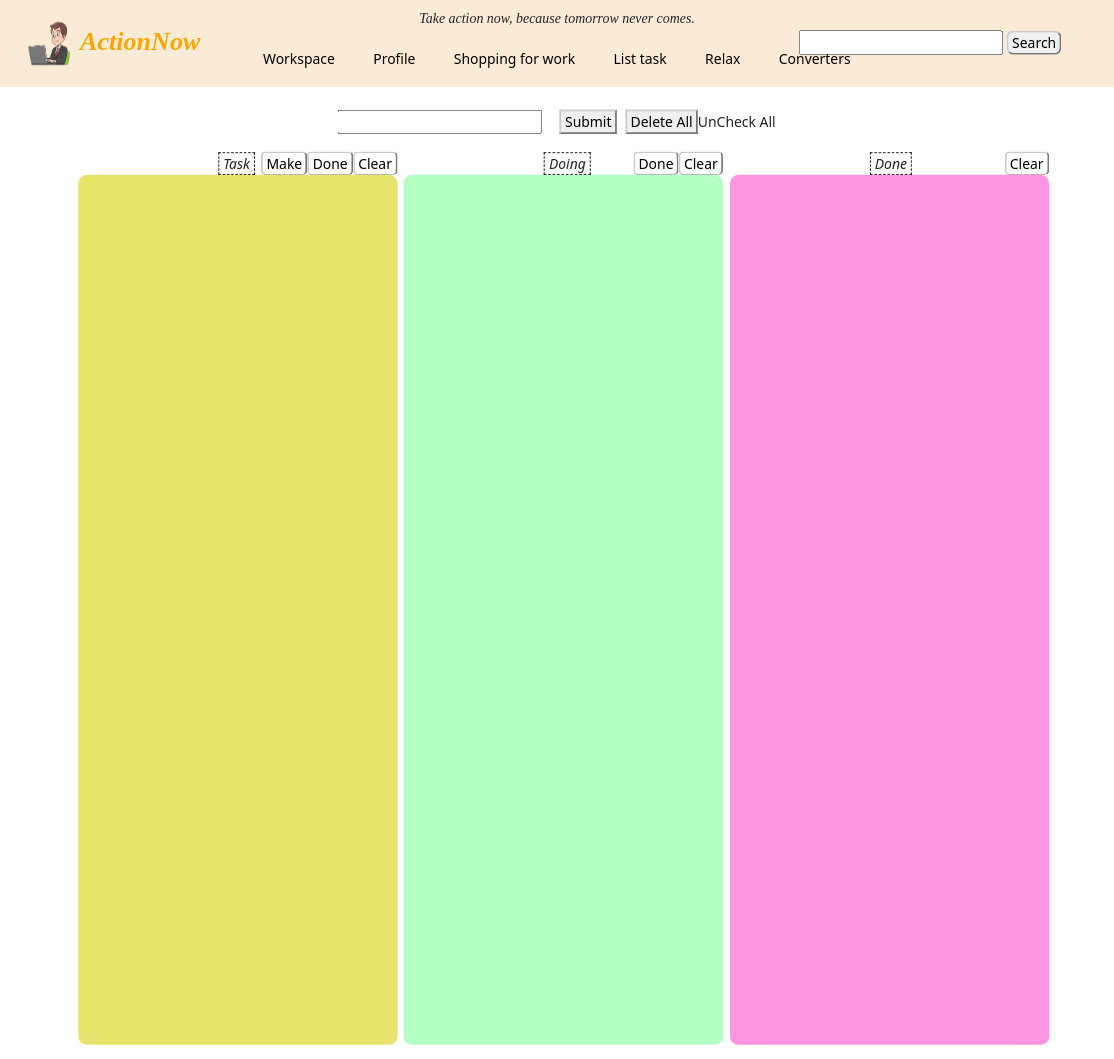
Repository: huavantinh/todo
Page: index.html
An editor plug-in stored every save of this project. The page is shown before and after the next save, followed by the edit.
The browser window is 1280 px wide. The pictures show the whole page, at 87% of full size.

Above is the page before, as saved 2023-04-18 11:13:26.

### index.html
<!DOCTYPE html>
<html lang="en">

<head>
  <meta charset="UTF-8" />
  <meta http-equiv="X-UA-Compatible" content="IE=edge" />
  <meta name="viewport" content="width=device-width, initial-scale=1.0" />
  <title>Document</title>
  <link rel="stylesheet" href="./css/style.css" />
  <link rel="stylesheet" href="https://cdn.jsdelivr.net/npm/bootstrap@5.2.3/dist/css/bootstrap.min.css"
    integrity="sha384-rbsA2VBKQhggwzxH7pPCaAqO46MgnOM80zW1RWuH61DGLwZJEdK2Kadq2F9CUG65" crossorigin="anonymous" />
</head>

<body>
  <nav class="nav-bar navbar navbar-default">
    <div class="container-fluid">
      <div class="brand">
        <!-- line1top -->
        <img src="./css/img/logo-brand.png" alt="Brand" />
        <i id="i1">ActionNow</i>
        <i id="i2">Take action now, because tomorrow never comes.</i>
        <!-- search  -->
        <div class="search-box">
          <input type="text" />
          <button>Search</button>
        </div>
      </div>
      <!-- menu  -->
      <div class="nav-menu">
        <div class="list-menu">
          <a href="">Workspace</a>
          <a href="">Profile</a>
          <a href="">Shopping for work</a>
          <a href="">List task</a>
          <a href="">Relax</a>
          <a href="">Converters</a>
        </div>
      </div>
    </div>
  </nav>
  <div>

    <div class="container">
      <div class="add">
        <div class="box-add">
          <div class="input-box">
            <input id="input-sub" type="text" />
            <span style="
                  color: #656966;
                  font-size: 10px;
                  position: absolute;
                  bottom: 0;
                  right: 0;
                " class="message" id="new-task-message">Please enter new task!</span>
          </div>

          <button class="submit-bt" id="button-submit" onclick="submit()">Submit</button>
          <button  class="deleteall" id="delete" onclick="deleteAll()">Delete All</button>
          <!-- <button class="checkall" id="checkall" onclick="checkAll(this)">Check All</button> -->
          <!-- <button class="uncheckall" id="uncheckall" onclick="unCheckAll(this)"> -->
            UnCheck All
          </button>
        </div>
      </div>
      <div class="table">
        <div class="tasklist col-list">
          <div class="linetitle linetasktitle">
            <i class="title" id="i1"> Task </i>
          <button id="makeall">Make</button>
          <button id="doneall">Done</button>
          <button id="cleardone">Clear</button>
          </div>
          <div id="products" class="col-item col-1"></div>
        </div>

        <div class="doinglist col-list">
          <div class="linetitle linedoingtitle">
            <i class="title" id="i2">Doing</i>
          <button id="doneall">Done</button>
          <button id="cleardone">Clear</button>
          </div>

          <div id="idoing" class="col-item col-2"></div>
        </div>

        <div class="donelist col-list">
          <div class="linetitle linedonetitle">
            <i class="title" id="i3">Done</i>
          <button id="cleardone">Clear</button>
          </div>
          <div id="idone" class="col-item col-3"></div>
        </div>

      </div>
    </div>
  </div>
  </div>

  <script src="https://code.jquery.com/jquery-3.6.4.min.js"
    integrity="sha256-oP6HI9z1XaZNBrJURtCoUT5SUnxFr8s3BzRl+cbzUq8=" crossorigin="anonymous"></script>
  <script type="text/javascript" src="https://cdn.jsdelivr.net/npm/bootstrap@5.2.3/dist/js/bootstrap.min.js"></script>
  <script src="./app.js"></script>
</body>

</html>

### css/style.css
    /* resetcss */
    *{
        padding: 0;
        margin: 0;
    }

    button {
        border-radius: 5px;
        border-color: #cccaca;
        padding: 0 4px;
    }

    /* Nav */
    .container-fluid{
        position: fixed;
        top: 0;
        left: 0;
        right: 0;
        z-index: 99999;
        background-color: antiquewhite;
    }


    .brand{
        /* position: relative; */
        display: flex;
        width: 100%;
        height: 50px;
    }
    .nav-menu{
        display: flex;
        justify-content: center;
        width: 100%;
        height: 50px;
        border-radius: 10px;
    }
    .nav-menu .list-menu{
        position: absolute;
        justify-content: center;
        align-items: center;
        margin-top: 5px;
    }
    .nav-menu .list-menu a{
        color: black;
        text-decoration: none;
        font-family: inherit;
        font-weight: 450;
        margin: 0 20px;
    }

    .brand {
        display: flex;
        /* justify-content: center; */
    }
    .brand .search-box{
        position: absolute;
        right: 60px;
        top: 35px;
        /* justify-content: center;
        align-items: center;
        position: absolute;
        right: 0;

        display: flex;
        border: none; */
        /* cursor: pointer; */
    }

    .search-box button {
        border-radius: 8px;

        /* right: 10px; */
    }

    .search-box button:hover {
        background-color:orange;;
        border-radius: 8px;
    }
    .brand img {
        position: relative;
        left: 20px;
        position: relative;
        top: 50%;
        width: 50px;
        height: 50px;
        border-color: orange;
    }
    .brand #i1{
        position: relative;
        left: 20px;
        top: 30%;
        margin: 10px;
        float: left;
        width: 390px;
        max-width: 400px;
        font-size: 30px;
        color: orange;
        font-family: cursive;
        font-weight: 700;
    }

    .brand #i2{
        justify-content: center;
        align-items: center;
        margin: 10px;
        width: 390px;
        max-width: 400px;
        font-family: cursive;
        font-weight: 500;
    }

    body{
        /* position: relative; */
        background-color: #3b3b3b;

        padding-top: 90px;
    }

    .add {
        display: flex;
        justify-content: center;
        align-items: center;
        margin-top: 20px;
        position: relative;

    }

    .box-add {
        display: flex;
        align-items: center;
    }

    .box-add .input-box {
        margin-right: 10px;
    }

    .box-add button {
        margin-left: 10px;
    }

    /* .box-add .input-box .submit-bt {
        position: absolute;
        right: 200px;
    } */


    button#button-submit {
        right: 410px;
    }

    button#checkall {
        right: 335px;
    }
    button#uncheckall {
        right: 240px;
    }
    button#delete {
        right: 163px;
    }

    .message
    {
        display: none;
    }
    .error-message {
        display: inline;;
    }


    /* Task Table  */
    .table {
        display: flex;
        width: 100%;
        position: relative;
    }

    .table .col-list {
        width: 100% / 3;
        margin-top: 20px;
        position: relative;
    }

    .table .linetitle {
        display: flex;
    }

    .table .linetitle .title{
        margin-left: 45%;
    }
    .table button {
        border-radius: 5px;
        border-color: #cccaca;
        padding: 0 4px;
    }
    .table .linetitle button {
        border-radius: 5px;
        border-color: #cccaca;
        padding: 0 4px;
    }


    .table .col-item {
        /* display: flex; */
        float: left;
        width: calc(1116px / 3 - 5px );
        height: 1000px;
        justify-content: center;
        background-color: rgb(231, 227, 108);
        border-radius: 10px;
        margin-left: 7.5px;
    }

    .table .col-2 {
        background-color: rgb(180, 255, 195);
    }

    .table .col-3 {
        background-color: rgb(255, 148, 225);
    }


    .table .col-list i {
        display: block;
        text-align: center;
        margin-bottom: 10px;
        max-width: fit-content;
        margin: auto;
        border: 1.2px dashed black;
        padding: 0 5px;
    }

    .tasklist .col-item {
        float: left;
        border-radius: 10px;
        width: calc(1116px / 3 - 5px );
        justify-content: center;
        display: block;
    }



    .product1 {
        margin-left: 10px;
        border-bottom: 1px solid #636363 ;
        /* height: 30px;  */
        align-items: center;
        display: flex;
        /* flex: auto; */
        /* flex-wrap:wrap; */
    }
    .taskname{
        text-overflow: clip;
        display: block;
        width: 70%;
    }

    .checkbox {
        margin: 0 5px;
        color: aquamarine;
        right: 10px;
        top: 8px;
    }


    .checkbox-item button {
        right: 5px;

    }

    .product1 .delete-item {
        right: 5px;
    }

### app.js
let todos =
  localStorage.length > 0
    ? JSON.parse(localStorage.getItem("todolist"))
    : [];

let idoingsave =
  localStorage.length > 0
    ? JSON.parse(localStorage.getItem("idoinglist"))
    : [];

let idonesave =
  localStorage.length > 0
    ? JSON.parse(localStorage.getItem("idonelist"))
    : [];

function submit() {
  let textBox = document.getElementById("input-sub");
  let content = textBox.value;
  let randId = Math.random();
  document.getElementById("new-task-message").classList.add("error-message");
  if (content == "") {
    onkeydown = function () {
      document
        .getElementById("new-task-message")
        .classList.remove("error-message");
    };
    return;
  } else {
    addContent(content, randId);
    textBox.value = "";

    todos.push(content);
    setstorages();
  }
}

function setstorages() {
  localStorage.length > 0 && localStorage.setItem("todolist", JSON.stringify(todos));
}
function setstorages2() {
  localStorage.length > 0 && localStorage.setItem("idoinglist", JSON.stringify(idoingsave));
}
function setstorages3() {
  localStorage.length > 0 && localStorage.setItem("idonelist", JSON.stringify(idonesave));
}

function addContent(content, randId) {
  document.getElementById("new-task-message").classList.remove("error-message");

  $("#products").append(
    '<div style="color: black" class="producttask product1" id="row' +
      randId +
      '">' +
      '<div class="taskname">' +
      content +
      "</div>" +
      '<div><button class="make" onclick="makedoing(event)"> Make </button></div>' +
      '<div class="checkbox-item"><input id="' +
      '"  class="checkbox" type="checkbox"  onclick="checkItem(event)"/></div> <button class"delete-item" onclick="deleteItem(event)">Delete</button>' +
      "</div>"
  );
}
function addContent2(content, randId) {
  document.getElementById("new-task-message").classList.remove("error-message");

  $("#idoing").append(
    '<div style="color: black" class=" productdoing product1" id="row' +
      randId +
      '">' +
      '<div class="taskname">' +
      content +
      "</div>" +
      '<div class="checkbox-item"><input class="checkbox" type="checkbox"  onclick="checkidoing(event)"/></div> <button class"delete-item" onclick="deleteItemdoing(event)">Delete</button>' +
      "</div>"
  );
}
function addContent3(content, randId) {
  document.getElementById("new-task-message").classList.remove("error-message");

  $("#idone").append(
    '<div style="color: black" class="productdone product1" id="row' +
      randId +
      '">' +
      '<div class="taskname">' +
      content +
      "</div>" +
       '<button class= "  delete-item" onclick="deleteItemdone(event)">Delete</button>' +
      "</div>"
  );
}

function deleteAll() {
  var products = document.getElementById("products");
  products.innerHTML = "";
}
function checkAll() {
  var checkboxes = document.getElementsByClassName("checkbox");
  for (var checkbox of checkboxes) {
    checkbox.checked = true;
    checkbox.closest("div").parentNode.style.color = "red";
  }
}
function unCheckAll() {
  var checkboxes = document.getElementsByClassName("checkbox");
  for (var checkbox of checkboxes) {
    checkbox.checked = false;
    checkbox.closest("div").parentNode.style.color = "orange";
  }
}
var textBox2 = document.getElementById("input-sub");
textBox2.addEventListener("keyup", function (event) {
  if (event.keyCode === 13) {
    submit();
  }
});

function deleteItem(event) {
  var products = document.getElementById("products");
  var arraypro = document.getElementsByClassName("producttask");
  var div = event.currentTarget.parentNode;
  let index1 = Array.prototype.indexOf.call(arraypro, div);
  // let index2 = Array.prototype.indexOf.call(todos2, index1);  ////////check lại function này. không lọc ra được index trong todos
  // console.log(index2)
  todos.splice(index1, 1);  // dùng luôn index 1 . vì 2 array giống, index nó giống nhau
  products.removeChild(div);
  setstorages();
}
function deleteItemdoing(event) {
  var doings = document.getElementById("idoing");
  var arraypro = document.getElementsByClassName("productdoing"); //// cần phân biệt 3 cột, tìm arraypro của cột 2
  var div = event.currentTarget.parentNode;
  let index1 = Array.prototype.indexOf.call(arraypro, div);
  // let index2 = Array.prototype.indexOf.call(idoingsave, index1);
  idoingsave.splice(index1, 1);
  doings.removeChild(div);
  setstorages2();
}
function deleteItemdone(event) {
  // debugger
  var dones = document.getElementById("idone");
  var arraypro = document.getElementsByClassName("productdone"); //// cần phân biệt 3 cột, tìm arraypro của cột 3
  var div = event.currentTarget.parentNode;
  let index1 = Array.prototype.indexOf.call(arraypro, div);
  // let index2 = Array.prototype.indexOf.call(idonesave, index1);
  dones.removeChild(div);
  idonesave.splice(index1, 1);

  setstorages3();
}

function checkItem(event) {
  var currenti = event.currentTarget;
  var color = currenti.checked ? "red" : "orange";
  currenti.closest("div").parentNode.style.color = color;
  let div = event.currentTarget.parentNode;
  let div2 = event.currentTarget.parentNode.parentNode;
  // insert to done list
  let content = div2.firstChild.textContent;
  // debugger
  idonesave.push(content);
  let indextext = Array.prototype.indexOf.call(todos, content);
  todos.splice(indextext, 1);
  let randId = Math.random();
  $("#idone").append(
    '<div style="color: black" class="product1 productdone" id="row' +
      randId +
      '">' +
      '<div class="taskname">' +
      content +
      '</div> <button class"delete-item" onclick="deleteItemdone(event)">Delete</button>' +
      "</div>"
  );

  let products = document.getElementById("products");
  products.removeChild(div2);
  setstorages();
  setstorages3();

}

document.addEventListener("DOMContentLoaded", function () {
  // debugger
  if (Array.isArray && todos.length > 0) {
    todos.forEach(function printlocal(content, index) {
      addContent(content, index);
    });
  }
  if (Array.isArray && idoingsave.length > 0) {
    idoingsave.forEach(function printlocal2(content, index) {
      addContent2(content, index);
    });
  }
  if (Array.isArray && idonesave.length > 0) {
      idonesave.forEach(function printlocal3(content, index) {
        addContent3(content, index);
      });
    }
  }
);

// moveitem to done
function makedoing(event) {
  let itemcurrent = event.currentTarget.parentNode.parentNode;
  let listitem = document.getElementsByClassName(" producttask");
  //change object to array
  let listarray = Array.from(listitem);
  //Lấy index của item trong list
  let indexpro = Array.prototype.indexOf.call(listarray, itemcurrent);

  listarray.splice(indexpro, 1);

  let content = itemcurrent.firstChild.textContent;
  let randId = Math.random();
  $("#idoing").append(
    ' <div style="color: black" class="productdoing product1" id="row' +
      randId +
      '">' +
      '<div class="taskname">' +
      content +
      ' </div> <div class="checkbox-item"><input id="' +
      '"  class="checkbox" type="checkbox"   onclick="checkidoing(event)" /></div>' +
      '<button class"delete-item" onclick="deleteItemdoing(event)">Delete</button>' +
      "</div>"
  );
  // debugger

  let products = document.getElementById("products");
  products.removeChild(itemcurrent);
  idoingsave.push(content);

  let indextext = Array.prototype.indexOf.call(todos, content);
  todos.splice(indextext, 1);
  setstorages();

  setstorages2();
}

function checkidoing(event) {
  var currenti = event.currentTarget;
  var color = currenti.checked ? "red" : "orange";
  currenti.closest("div").parentNode.style.color = color;
  let div = event.currentTarget.parentNode;
  let div2 = event.currentTarget.parentNode.parentNode;
  //move colum
  let productdoing = document.getElementsByClassName("productdoing");
  let produclistj = Array.from(productdoing);
  let index1 = Array.prototype.indexOf.call(produclistj, div2);
  produclistj.splice(index1, 1);
// debugger
  let content = div2.firstChild.textContent;
  let randId = Math.random();
  $("#idone").append(
    '<div style="color: black" class="productdone product1" id="row' +
      randId +
      '">' +
      '<div class="taskname">' +
      content +
      '</div> <button class"delete-item" onclick="deleteItemdone(event)">Delete</button>' +
      "</div>"
  );

  idonesave.push(content);
  let idoing = document.getElementById("idoing");
  idoing.removeChild(div2);
  // idoingsave.filter(item => item !== content);

  // let indexcon = Array.prototype.indexOf.call(idoingsave, content);
  idoingsave.splice(index1,1)
  setstorages2();
  setstorages3();

}

// function deleteItem3(event) {
//   var products = document.getElementById("idoing");
//   var arraypro = document.getElementsByClassName("productdone");
//   var div = event.currentTarget.parentNode;
//   let index1 = Array.prototype.indexOf.call(arraypro, div);
//   let index2 = Array.prototype.indexOf.call(todos, index1);
//   todos.splice(index2, 1);
//   products.removeChild(div);
//   setstorages();
// }
console.log(todos);

console.log(idoingsave);
console.log(idonesave);

After the next save:
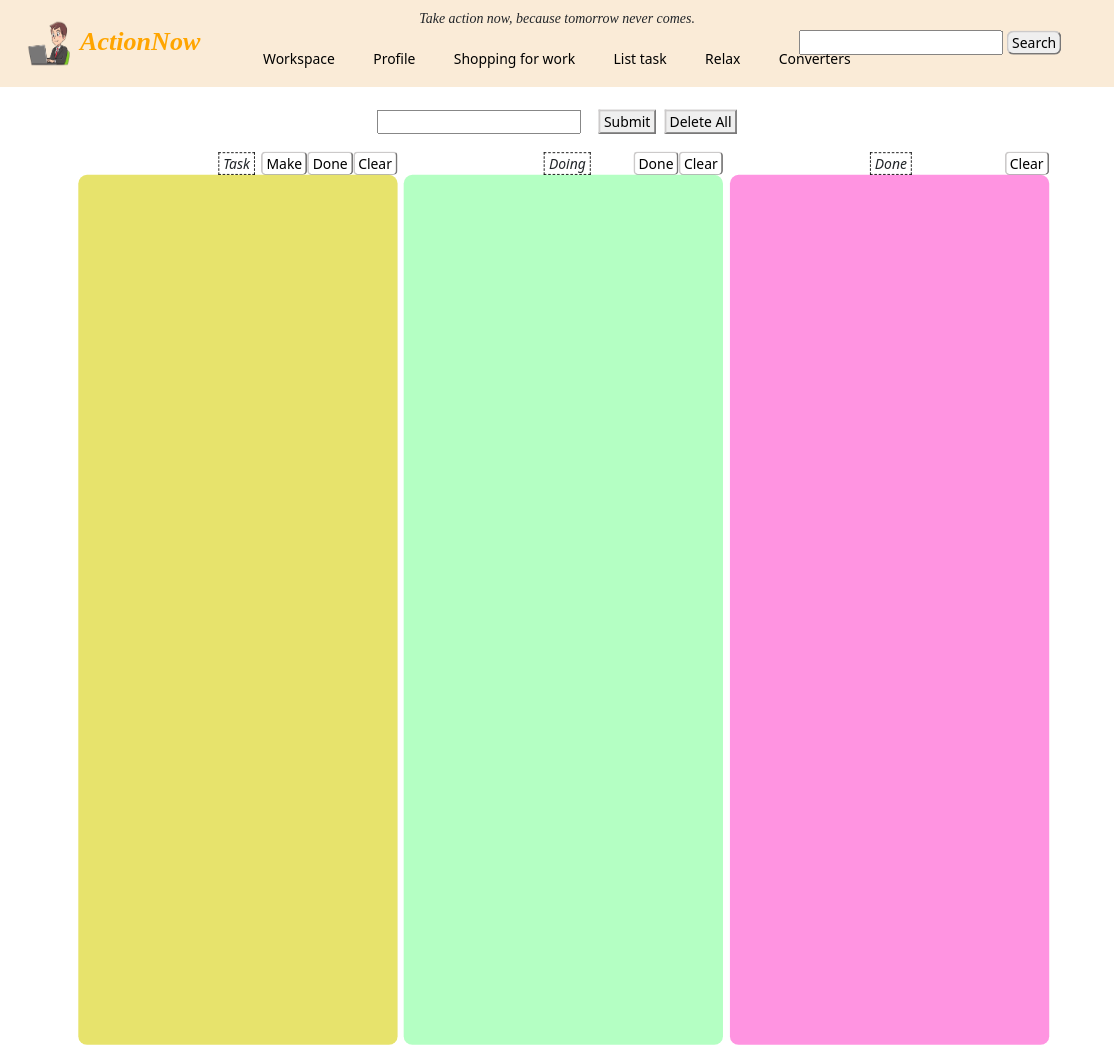
Saved 23 s later.
--- a/index.html
+++ b/index.html
@@ -57,9 +57,9 @@
           <button class="submit-bt" id="button-submit" onclick="submit()">Submit</button>
           <button  class="deleteall" id="delete" onclick="deleteAll()">Delete All</button>
           <!-- <button class="checkall" id="checkall" onclick="checkAll(this)">Check All</button> -->
-          <!-- <button class="uncheckall" id="uncheckall" onclick="unCheckAll(this)"> -->
+          <!-- <button class="uncheckall" id="uncheckall" onclick="unCheckAll(this)">
             UnCheck All
-          </button>
+          </button> -->
         </div>
       </div>
       <div class="table">
